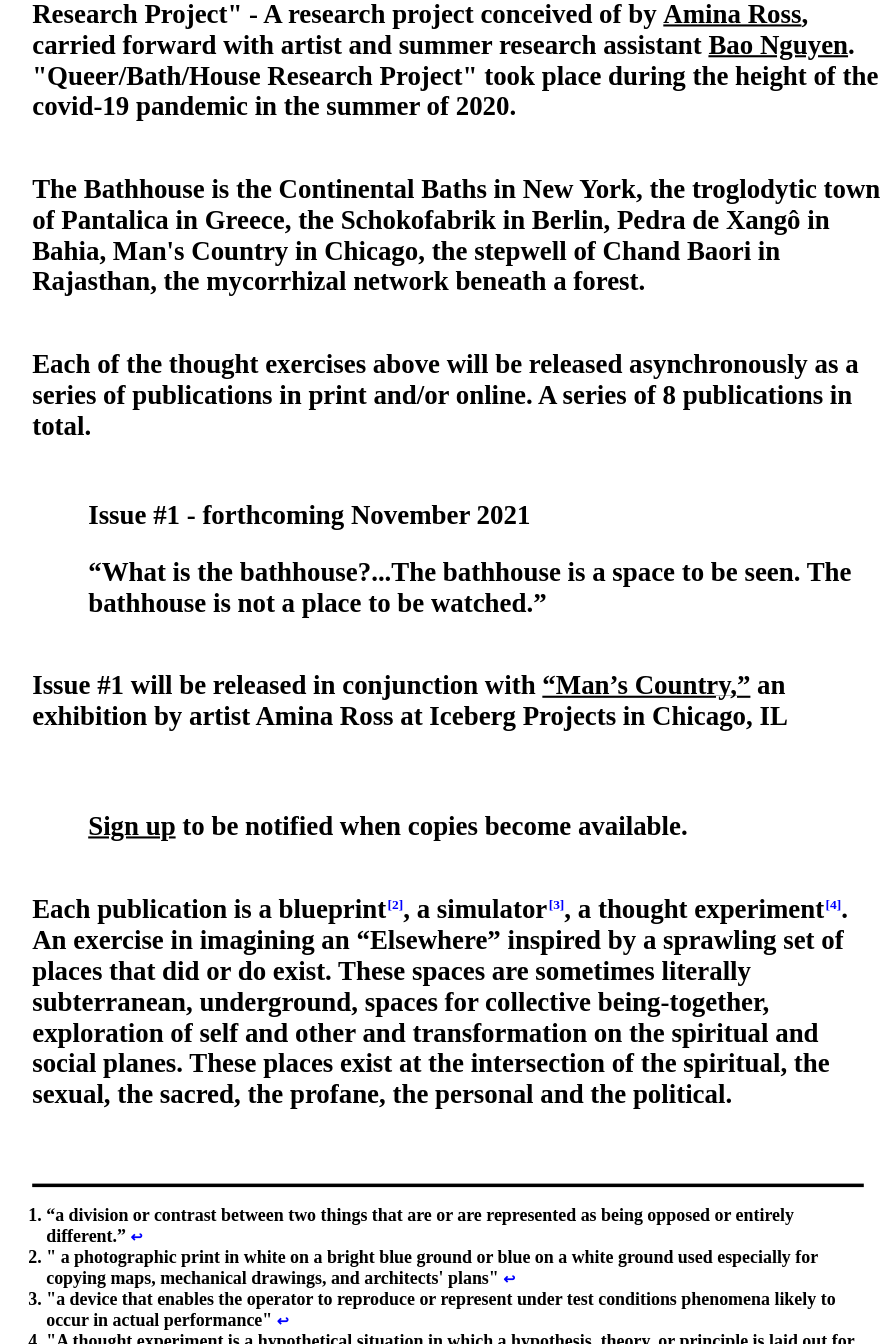
Repository: ayoungblood2/bathhouse.online
Page: index.html
An editor plug-in stored every save of this project. The page is shown before and after the next save, followed by the edit.
The browser window is 1280 px wide. The pictures show the part of the page from y = 2337 to 4257 px (the page is 4370 px tall), at 70% of full size.
Some web fonts or font styles are not loaded; a fallback is used.

Above is the page before, as saved 2021-10-16 19:26:29.
Not found: js/layout_main.js
Not found: js/three_main.js
Not found: style.css

### index.html
<!DOCTYPE html>
<html>

<head>
    <meta charset="UTF-8">
    <meta name="viewport" content="width=device-width, initial-scale=1.0, maximum-scale=1.0, user-scalable=no" />
    <title>bathhouse.online</title>
    <link rel="apple-touch-icon" sizes="180x180" href="/apple-touch-icon.png">
    <link rel="icon" type="image/png" sizes="32x32" href="/favicon-32x32.png">
    <link rel="icon" type="image/png" sizes="16x16" href="/favicon-16x16.png">
    <link rel="manifest" href="/site.webmanifest">
    <link rel="stylesheet" href="style.css">
    <script src="http://code.jquery.com/jquery-1.12.0.min.js"></script>
    <link rel='dns-prefetch' href='//ajax.googleapis.com' />
    <meta name="keywords" content="Amina Ross, Avery Youngblood">
    <meta name="author" content="Avery Youngblood">
    <script type="text/javascript" src="./js/layout_main.js"></script>
    <script type="text/javascript" src="./js/three_main.js"></script>

    <style>
        @font-face {
            font-family: Avenir Next Heavy;
            src: url(fonts/AvenirNext.ttc);
        }

        body,
        html {
            height: 100%;
            width: 100%;
            margin: 0;
            padding: 0;
            overflow-x: hidden;
        }

        *,
        *:before,
        *:after {
            box-sizing: inherit;
        }

        .bg {

            background-image: url('images/20211010224425098.gif');


            /* Full height */
            height: 100%;

            /* Center and scale the image nicely */
            background-position: center;
            background-repeat: no-repeat;
            background-size: cover;
            position: relative;
            top: 0;
            left: 0;

            /* padding: 100px; */

            font-family: "Avenir Next Heavy";

        }




        .txt {
            position: absolute;
            top: 10px;
            left: 30px;
            font-family: "Avenir Next Heavy";
        }

        h1 {
            font-size: 10vw;
            text-align: center;
        }

        p {
            font-size: 3vw;
        }

        .parallax {
            /* The image used */
            background-image: url('images/20211010224425098.gif');

            /* Full height */
            height: 100%;

            /* Create the parallax scrolling effect */
            background-attachment: fixed;
            background-position: center;
            background-repeat: no-repeat;
            background-size: cover;
        }

        .container {
            padding: 10px;
            width: 2em;
        }

        .item {
            width: 50%;
            width: fit-content;
            padding: 5px;
            margin-bottom: 1em;
        }


        @media only screen and (max-width:900px) {
            h1 {
                font-size: 8vw;
                font-family: "Avenir Next Heavy";

            }

            .bg {
                /* padding: 0px; */

            }

            .txt {
                top: 0;
                left: 0;
            }

            p {
                font-size: 8vw;
                font-family: "Avenir Next Heavy";

            }

            footer {
                border-top: 2px solid black;
            }
        }

        .top {
            /* padding: 1em; */
            /* display: grid; */
            /* grid-gap: 3em; */
            grid-template-columns: repeat(1, 250px);
        }

        .quote {
            padding: 1em;
            /* border-radius: .3em; */
            /* box-shadow: 10px 10px 30px rgba(0, 0, 0, 0.1); */
        }

        p {
            margin-top: 0;
            /* margin-right: 20px; */
            font-size: 3vw;
        }

        span {
            font-weight: bold;
            position: relative;
            /* margin-left: 20px; */
        }

        :before {
            content: '';
            position: fixed;
            height: 1px;
            width: 20px;
            /* border-bottom: 1px solid black; */
            top: 20px;
        }




        @media(min-width:950px) {
            .top {
                grid-template-columns: repeat(2, 250fr);
                font-family: "Avenir Next Heavy";
            }
        }

        .tab {
            margin-left: 80px;
        }



        footer {
            margin-top: 50px;
            border-top: 5px solid black;
            font-size: 2vw;
            font-family: "Avenir Next Heavy";
            margin-right: 30px;
        }

        footer ol {
            padding-left: 20px;
        }

        /**
 * Initialiazing a `footnotes` counter on the wrapper
 */
        article {
            counter-reset: footnotes;
            font-family: "Avenir Next Heavy";
        }

        /**
 * Inline footnotes references
 * 1. Increment the counter at each new reference
 * 2. Reset link styles to make it appear like regular text
 */
        [aria-describedby="footnote-label"] {
            counter-increment: footnotes;
            /* 1 */
            text-decoration: none;
            /* 2 */
            color: inherit;
            /* 2 */
            cursor: default;
            /* 2 */
            outline: none;
            /* 2 */
        }

        /**
 * Actual numbered references
 * 1. Display the current state of the counter (e.g. `[1]`)
 * 2. Align text as superscript
 * 3. Make the number smaller (since it's superscript)
 * 4. Slightly offset the number from the text
 * 5. Reset link styles on the number to show it's usable
 */
        [aria-describedby="footnote-label"]::after {
            content: '['counter(footnotes)']';
            /* 1 */
            vertical-align: super;
            /* 2 */
            font-size: 0.5em;
            /* 3 */
            margin-left: 2px;
            /* 4 */
            color: blue;
            /* 5 */
            /* text-decoration: underline; */
            /* 5 */
            cursor: pointer;
            /* 5 */
        }

        /**
 * Resetting the default focused styles on the number
 */
        [aria-describedby="footnote-label"]:focus::after {
            outline: thin dotted;
            outline-offset: 2px;
        }

        [aria-label="Back to content"] {
            font-size: 0.8em;
        }

        /**
 * Highlight target note
 */
        footer :target {
            background: yellow;
            padding: 1.5%;
            background-clip: border-box;
        }

        /**
 * Visually hidden yet accessible content
 */
        .visually-hidden {
            position: absolute;
            clip: rect(0 0 0 0);
            visibility: hidden;
            opacity: 0;
        }
    </style>

<body>


    <!-- <div class="parallax"></div> -->

    <div class="bg"></div>

    <div class="txt">

        <h1>bathhouse.online</h1>

        <span style="font-family: Avenir Next Heavy">

            <div class="top">
                <div class="quote">
                    <article>
                        <p style="font-size: 5vw;">

                            The bathhouse is safe. <br>The bathhouse is not secure.<br><br>
                            The bathhouse is a space to be seen. <br>The bathhouse is not a place to be watched.<br><br>
                            The bathhouse is sensual. <br>The bathhouse is not unspiritual.<br><br>
                            The bathhouse is a space for meaningful work. <br>The bathhouse is not a workplace.<br><br>
                            The bathhouse is a technology. <br>The bathhouse is not a machine.<br><br>
                            The bathhouse is immersive. <br>The bathhouse is not without a body.<br><br>
                            The bathhouse is sweating. <br>The bathhouse is not drained.<br><br>
                            The bathhouse is gone. <br>The bathhouse is not over.<br>
                        </p>

                        <br>

                        <p>
                            “The Bathhouse” is a yet-to-exist space, generated through a set of (false) <a
                                href="#footnotes" aria-describedby="footnote-label" id="footnotes-ref">dichotomies</a>
        </span>,
        core questions, reflections and exercises. The characteristics of The Bathhouse are drawn from
        the
        "Queer/Bath/House Research Project" - A research project conceived of by <a style="color: black; "
            href=https://aminaross.com target="_blank">Amina
            Ross</a>, carried forward with artist and summer research assistant <a style="color: black; "
            href=https://nguyenbao.myportfolio.com target="_blank">
            Bao Nguyen</a>. "Queer/Bath/House Research Project" took place during the
        height of the covid-19 pandemic in the summer of 2020.

        </p>
        <br> <br>
        <p>
            The Bathhouse is the Continental Baths in New York, the troglodytic town of Pantalica in Greece,
            the
            Schokofabrik in Berlin, Pedra de Xangô in Bahia, Man's Country in Chicago, the stepwell of Chand
            Baori in Rajasthan, the mycorrhizal network beneath a forest.


        </p>
        <br> <br>
        <p>
            Each of the thought exercises above will be released asynchronously as a series of publications
            in
            print and/or online. A series of 8 publications in total.<br><br>
        <p class="tab">Issue #1 - forthcoming November 2021</p>
        <p class="tab">“What is the bathhouse?...The bathhouse is a space to be seen. The bathhouse is not a
            place to be
            watched.”</p>
        </p>
        <br> <br>
        <p>
            Issue #1 will be released in conjunction with <a style="color: black;" href=https://icebergchicago.com
                target="_blank">“Man’s
                Country,”</a> an exhibition by artist Amina Ross at Iceberg Projects in Chicago, IL
        </p>
        <br> <br>
        <p>

        <p class="tab"><a style="color: black;" href=https://forms.gle/NMAofWzGxNe4W74i9 target="_blank">Sign up</a> to
            be notified when
            copies become
            available.</p>

        </p>
        <br> <br>
        <p>
            Each publication is a <a href="#css" aria-describedby="footnote-label" id="css-ref">blueprint</a></span>, a
            <a href="#css-counters" aria-describedby="footnote-label" id="css-counters-ref">simulator</a></span>, a
            thought <a href="#css-counters-2" aria-describedby="footnote-label"
                id="css-counters-ref-2">experiment</a></span>. An exercise in imagining an
            “Elsewhere” inspired by a sprawling set of places that did or do exist. These spaces are
            sometimes
            literally subterranean, underground, spaces for collective being-together, exploration of self
            and
            other and transformation on the spiritual and social planes. These places exist at the
            intersection
            of the spiritual, the sexual, the sacred, the profane, the personal and the political.

        </p>
        <br>

        </article>

        <footer>

            <ol>
                <li id="footnotes"><a style="text-decoration: none; color: black;"
                        href=https://www.lexico.com/en/definition/dichotomy target="_blank">“a division or contrast
                        between two
                        things that
                        are or are represented as
                        being opposed or entirely different.”</a>

                    <a href="#footnotes-ref" aria-label="Back to content"
                        style="color: blue; text-decoration: none;">↩</a>

                </li>

                <li id="css"><a style="text-decoration: none; color: black;"
                        href=https://www.merriam-webster.com/dictionary/blueprint#:~:text=Blueprint%20%7C%20Definition%20of%20Blueprint%20by%20Merriam%2DWebster  target="_blank">"
                        a photographic print in white on a bright blue ground or blue on a white ground
                        used especially for copying maps, mechanical drawings, and architects' plans"</a>

                    <a href="#css-ref" aria-label="Back to content" style="color: blue; text-decoration: none;">↩</a>

                </li>

                <li id="css-counters"><a style="text-decoration: none; color: black;"
                        href=https://www.merriam-webster.com/dictionary/simulator  target="_blank">"a device that enables the
                        operator to reproduce or represent under test
                        conditions phenomena likely to occur in actual performance"</a>

                    <a href="#css-counters-ref" aria-label="Back to content"
                        style="color: blue; text-decoration: none;">↩</a>

                </li>

                <li id="css-counters-2"><a style="text-decoration: none; color: black;"
                        href=https://en.wikipedia.org/wiki/Thought_experiment  target="_blank">"A thought experiment is a
                        hypothetical situation in which a hypothesis, theory, or principle is laid out for the
                        purpose of thinking through its consequences. Johann Witt-Hansen established that Hans
                        Christian Ørsted was the first to use the German term Gedankenexperiment circa
                        1812."</a>

                    <a href="#css-counters-ref-2" aria-label="Back to content"
                        style="color: blue; text-decoration: none;">↩</a>

                </li>

            </ol>
        </footer>

    </div>

    </div>

    </span>

    </div>

    <!-- <div class="parallax"></div> -->


</body>

<script>
    $(function () {
        var previousScroll = 0;
        $(window).scroll(function (event) {
            var scroll = $(this).scrollTop();
            var heading = $('.parallax');

            if (scroll > 600) {
                console.log('scrolling down');
                heading.fadeIn("slow", function () {
                    heading.css('opacity', '0.4');
                });
            } else {
                heading.fadeIn("slow", function () {
                    heading.css('opacity', '1');
                });
            }
            previousScroll = scroll;
        });
    })
</script>
</head>

</html>

After the next save:
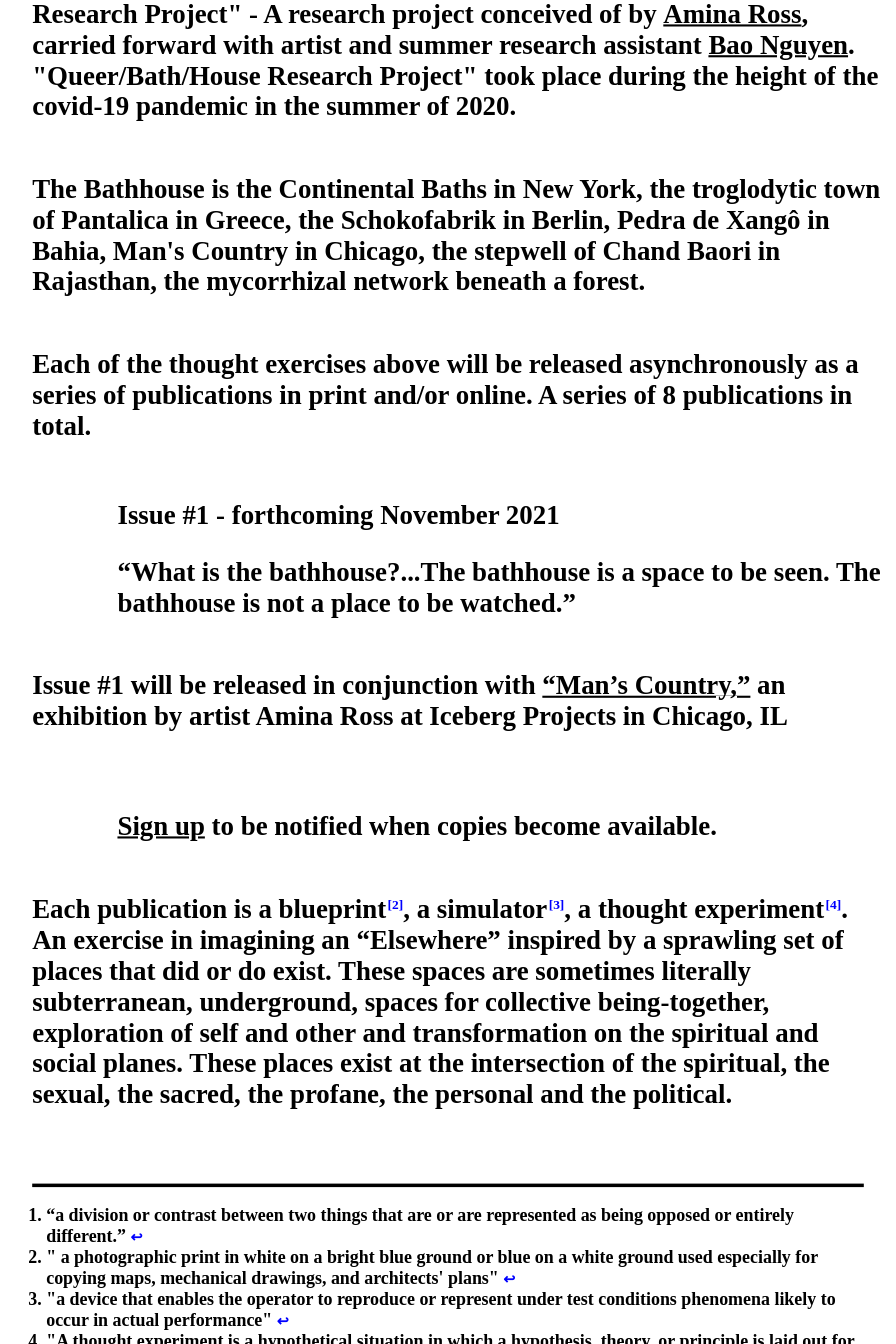
Saved 21 s later.
--- a/index.html
+++ b/index.html
@@ -179,7 +179,7 @@
         }
 
         .tab {
-            margin-left: 80px;
+            margin-left: 10%;
         }
 
 
